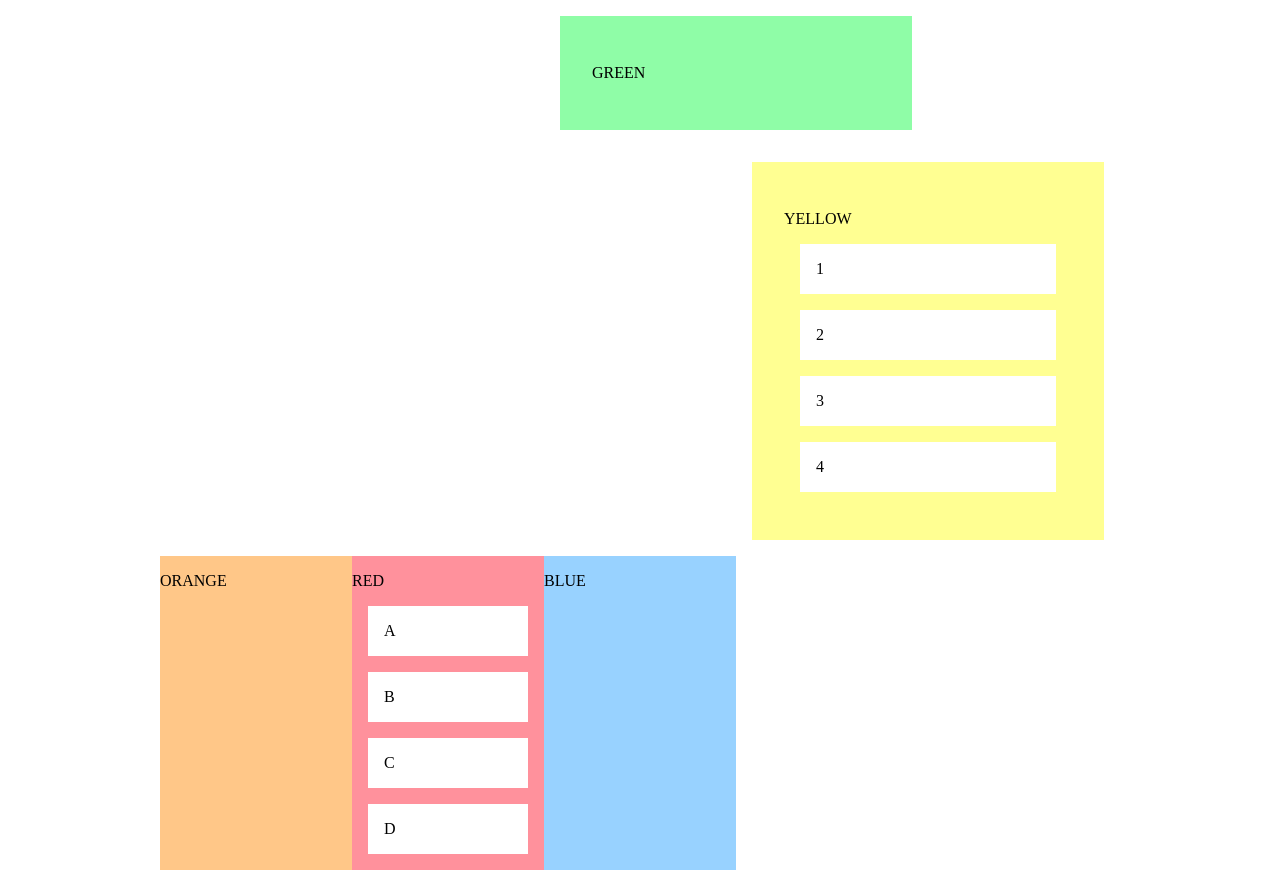
Repository: CryptoFamilyNFT/develhope
Page: css/FlexBoxProperties/index.html
The author's editor kept a copy of each file at every save. The page is drawn from the files as they stood at one save, then again after the next save.
The browser window is 1280 px wide. The pictures show the whole page.

Above is the page before, as saved 2024-11-15 11:50:25.

### css/FlexBoxProperties/index.html
<!DOCTYPE html>
<html lang="en">

<head>
  <meta charset="UTF-8">
  <meta http-equiv="X-UA-Compatible" content="IE=edge">
  <meta name="viewport" content="width=device-width, initial-scale=1.0">
  <title>Blocks</title>
  <link rel="stylesheet" href="start.css">
</head>

<body>
  <section id="green">
    <p>GREEN</p>
  </section>
  <section id="yellow">
    <p>YELLOW</p>
    <ul>
      <li>1</li>
      <li>2</li>
      <li>3</li>
      <li>4</li>
    </ul>
  </section>
  <section id="orange">
    <p>ORANGE</p>
  </section>
  <section id="red">
    <p>RED</p>
    <ul>
      <li>A</li>
      <li>B</li>
      <li>C</li>
      <li>D</li>
    </ul>
  </section>
  <section id="blue">
    <p>BLUE</p>
  </section>
</body>

</html>

### css/FlexBoxProperties/start.css
body {
    width: 60em;
    margin: 0 auto;
    display: grid;
    grid-template-columns: repeat(5, 1fr);

  }

  section[id="green"] {
    padding: 2em;
    margin: 1em;
    grid-column-start: 3;
    grid-column-end: 5;
  }
  section[id="yellow"] {
    padding: 2em;
    margin: 1em;
    grid-column-start: 4;
    grid-column-end: 6;
  }

  #green {
    background-color: #8ffda7;
  }

  #orange {
    background-color: #ffc788;
  }

  #yellow {
    background-color: #ffff92;
  }

  #red {
    background-color: #ff919c;
  }

  #blue {
    background-color: #98d2ff;
  }

  ul {
    padding: 0;
  }

  li {
    background-color: white;
    padding: 1em;
    display: block;
    margin: 1em;
  }

After the next save:
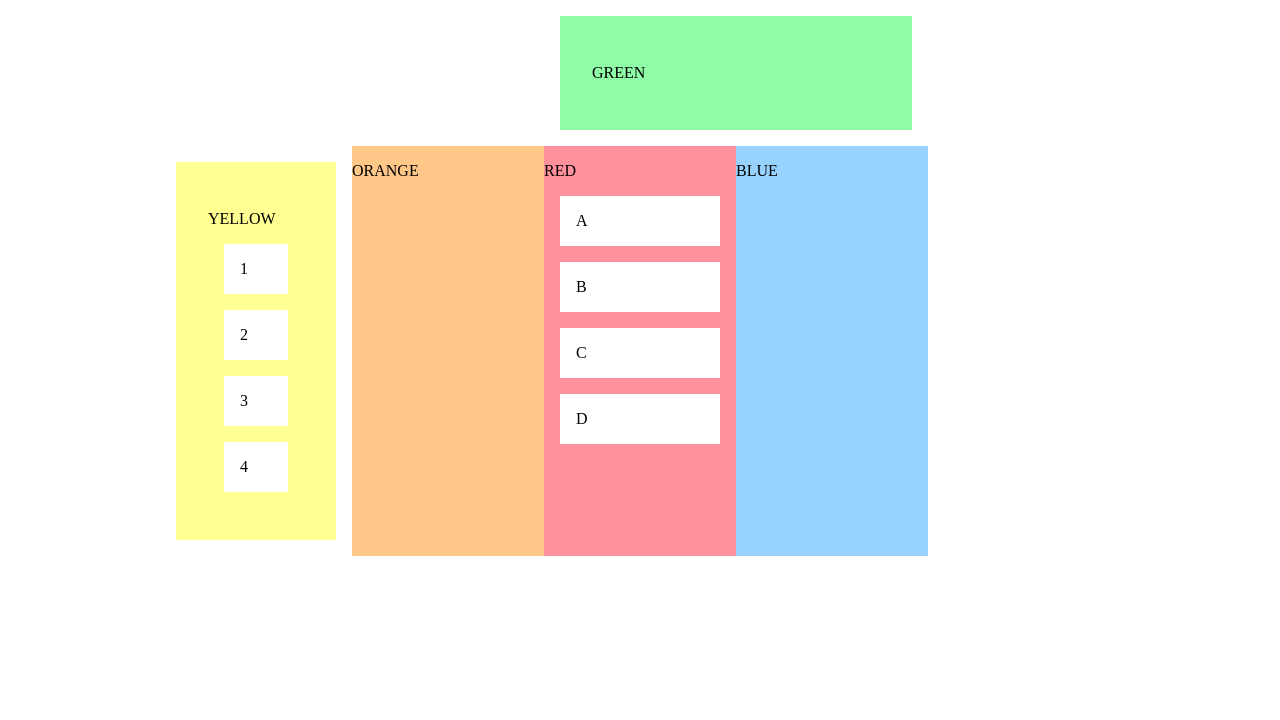
Saved 16 s later.
--- a/css/FlexBoxProperties/start.css
+++ b/css/FlexBoxProperties/start.css
@@ -15,8 +15,8 @@ body {
   section[id="yellow"] {
     padding: 2em;
     margin: 1em;
-    grid-column-start: 4;
-    grid-column-end: 6;
+    grid-column-start: 1;
+    grid-column-end: 2;
   }
 
   #green {
